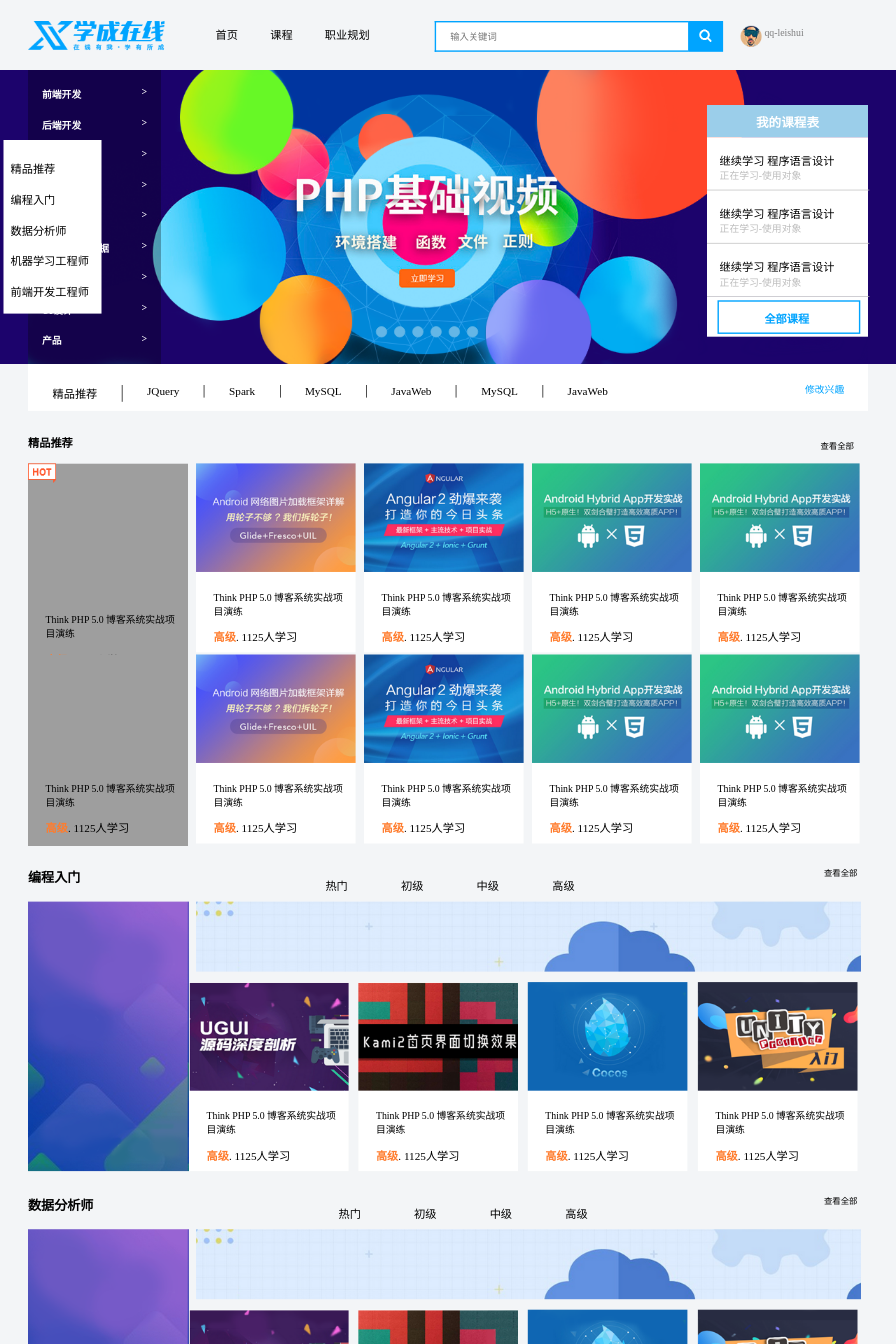
Repository: try-18/web-page-1
Page: index.html
An editor plug-in stored every save of this project. The page is shown before and after the next save, followed by the edit.
The browser window is 1280 px wide. The pictures show the part of the page from y = 0 to 1920 px (the page is 3340 px tall), at 70% of full size.
Pictures or frames that could not be fetched are drawn as grey boxes.

Above is the page before, as saved 2021-11-02 13:15:23.

After the next save:
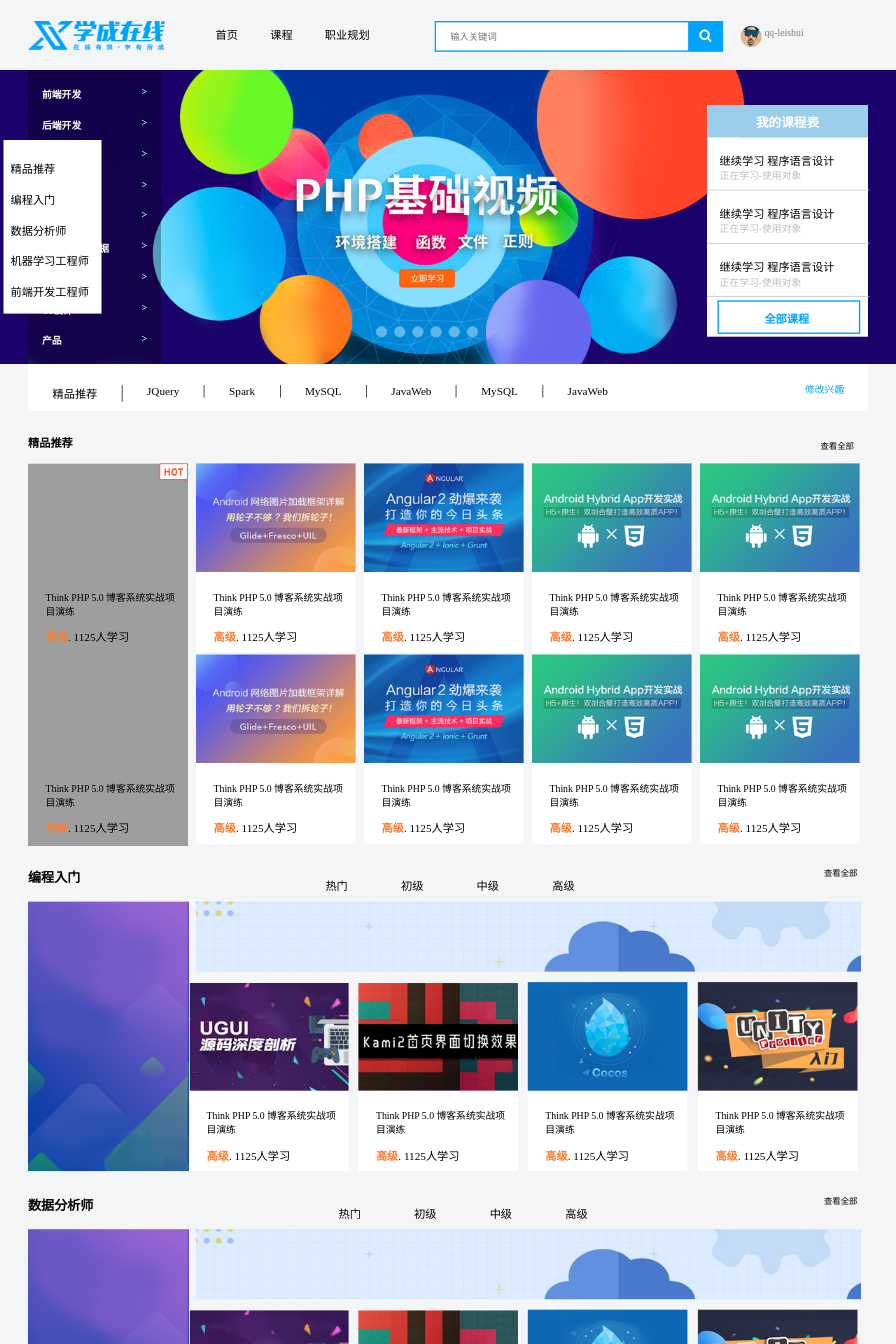
Saved 16 s later.
--- a/index.css
+++ b/index.css
@@ -625,7 +625,7 @@
 }
 
 .hot img {
+    float: right;
     width: 40px;
     height: 28px;
-    padding: 10px -5px 0 0;
-}
+}
